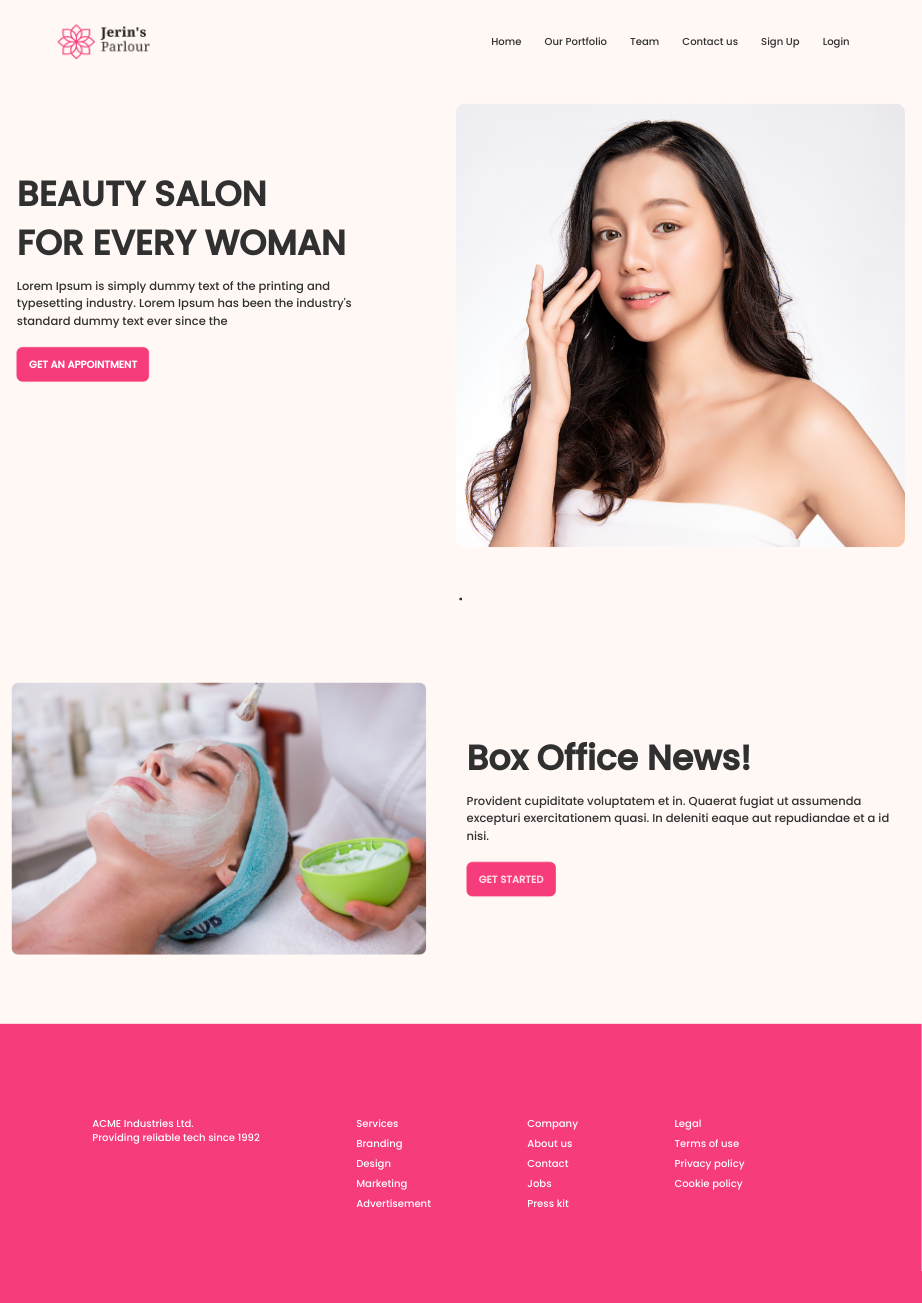
Repository: Wahid137/jerins-parlour-client
Page: /
These files come from the project's save history. The page is drawn as it stood at one moment and after the next save; the edit follows.
The browser window is 1280 px wide. The pictures show the whole page, at 72% of full size.
The page's requests for data from a server got no answer. The project was rebuilt for these pictures with package versions that can differ from the ones it lists, and the page was loaded fresh each time. No one was signed in, and anything a server would have sent is missing. Also part of the build but not shown: src/App.css, src/Pages/Home/Services/ServicesCard.js.

Above is the page before, as saved 2023-07-16 04:11:42.

### public/index.html
<!DOCTYPE html>
<html lang="en">
  <head>
    <meta charset="utf-8" />
    <link rel="icon" href="%PUBLIC_URL%/favicon.ico" />
    <meta name="viewport" content="width=device-width, initial-scale=1" />
    <meta name="theme-color" content="#000000" />
    <meta
      name="description"
      content="Web site created using create-react-app"
    />
    <link rel="preconnect" href="https://fonts.googleapis.com">
    <link rel="preconnect" href="https://fonts.gstatic.com" crossorigin>
    <link href="https://fonts.googleapis.com/css2?family=Poppins:wght@500&display=swap" rel="stylesheet">
    <link rel="apple-touch-icon" href="%PUBLIC_URL%/logo192.png" />
    <!--
      manifest.json provides metadata used when your web app is installed on a
      user's mobile device or desktop. See https://developers.google.com/web/fundamentals/web-app-manifest/
    -->
    <link rel="manifest" href="%PUBLIC_URL%/manifest.json" />
    <!--
      Notice the use of %PUBLIC_URL% in the tags above.
      It will be replaced with the URL of the `public` folder during the build.
      Only files inside the `public` folder can be referenced from the HTML.

      Unlike "/favicon.ico" or "favicon.ico", "%PUBLIC_URL%/favicon.ico" will
      work correctly both with client-side routing and a non-root public URL.
      Learn how to configure a non-root public URL by running `npm run build`.
    -->
    <title>React App</title>
  </head>
  <body>
    <noscript>You need to enable JavaScript to run this app.</noscript>
    <div id="root"></div>
    <!--
      This HTML file is a template.
      If you open it directly in the browser, you will see an empty page.

      You can add webfonts, meta tags, or analytics to this file.
      The build step will place the bundled scripts into the <body> tag.

      To begin the development, run `npm start` or `yarn start`.
      To create a production bundle, use `npm run build` or `yarn build`.
    -->
  </body>
</html>

### src/index.js
import React from 'react';
import ReactDOM from 'react-dom/client';
import './index.css';
import App from './App';
import reportWebVitals from './reportWebVitals';
import { QueryClient, QueryClientProvider } from '@tanstack/react-query'


// Create a client
const queryClient = new QueryClient()

const root = ReactDOM.createRoot(document.getElementById('root'));
root.render(
  <React.StrictMode>
    <QueryClientProvider client={queryClient}>
      <App />
    </QueryClientProvider>
  </React.StrictMode>
);

// If you want to start measuring performance in your app, pass a function
// to log results (for example: reportWebVitals(console.log))
// or send to an analytics endpoint. Learn more: https://bit.ly/CRA-vitals
reportWebVitals();

### src/index.css
@tailwind base;
@tailwind components;
@tailwind utilities;

body {
  background-color: #FFF8F5;
  margin: 0;
  font-family: -apple-system, BlinkMacSystemFont, 'Segoe UI', 'Roboto', 'Oxygen',
    'Ubuntu', 'Cantarell', 'Fira Sans', 'Droid Sans', 'Helvetica Neue',
    sans-serif;
    font-family: 'Poppins', sans-serif;
  -webkit-font-smoothing: antialiased;
  -moz-osx-font-smoothing: grayscale;
}

code {
  font-family: source-code-pro, Menlo, Monaco, Consolas, 'Courier New',
    monospace;
}

### src/App.js
import logo from './logo.svg';
import './App.css';
import { RouterProvider } from 'react-router-dom';
import router from './Routes/Routes/Routes';
import { Toaster } from 'react-hot-toast';

function App() {
  return (
    <div className=" mx-auto">
      <RouterProvider router={router}></RouterProvider>
      <Toaster></Toaster>
    </div>
  );
}

export default App;

### src/Routes/Routes/Routes.js
const { createBrowserRouter } = require("react-router-dom");
const { default: Main } = require("../../Layout/Main");
const { default: Home } = require("../../Pages/Home/Home/Home");

const router = createBrowserRouter([
    {
        path: '/',
        element: <Main></Main>,
        children: [
            {
                path: '/',
                element: <Home></Home>
            }
        ]
    }
])
export default router;

### src/Layout/Main.js
import React from 'react';
import Navbar from '../Shared/Navbar/Navbar';
import { Outlet } from 'react-router-dom';
import Footer from '../Shared/Footer/Footer';

const Main = () => {
    return (
        <div>
            <Navbar></Navbar>
            <Outlet></Outlet>
            <Footer></Footer>
        </div>
    );
};

export default Main;

### src/Pages/Home/Home/Home.js
import React from 'react';
import Banner from '../Banner/Banner';
import Services from '../Services/Services';
import Screen from '../Screen/Screen';

const Home = () => {
    return (
        <div>
            <Banner></Banner>
            <Services></Services>
            <Screen></Screen>
        </div>
    );
};

export default Home;

### src/Shared/Navbar/Navbar.js
import React from 'react';
import logo from '../../assets/logo.png';
import { Link } from 'react-router-dom';

const Navbar = () => {
    const menuItem = <>
        <li><Link to="/">Home</Link></li>
        <li><Link to="/portfolio">Our Portfolio</Link></li>
        <li><Link to="/team">Team</Link></li>
        <li><Link to="/dashboard">Contact us</Link></li>
        <li><Link to="/signup">Sign Up</Link></li>
        <li><Link to="/login">Login</Link></li>

    </>
    return (
        <div className="navbar flex justify-between px-20 pt-8">
            <div className="navbar-start">
                <div className="dropdown">
                    <label tabIndex={0} className="btn btn-ghost lg:hidden">
                        <svg xmlns="http://www.w3.org/2000/svg" className="h-5 w-5" fill="none" viewBox="0 0 24 24" stroke="currentColor"><path strokeLinecap="round" strokeLinejoin="round" strokeWidth="2" d="M4 6h16M4 12h8m-8 6h16" /></svg>
                    </label>
                    <ul tabIndex={1} className="menu menu-sm dropdown-content mt-3 z-[1] p-2 shadow bg-base-100 rounded-box w-52">
                        {menuItem}
                    </ul>
                </div>
                <Link to="/" className="w-32">
                    <img src={logo} alt="" />
                </Link>
            </div>
            <div className="navbar-center hidden lg:flex">
                <ul className="menu menu-horizontal px-1">
                    {menuItem}
                </ul>
            </div>
            <label htmlFor="dashboard-drawer" tabIndex={2} className="btn btn-ghost lg:hidden">
                <svg xmlns="http://www.w3.org/2000/svg" className="h-5 w-5" fill="none" viewBox="0 0 24 24" stroke="currentColor"><path strokeLinecap="round" strokeLinejoin="round" strokeWidth="2" d="M4 6h16M4 12h8m-8 6h16" /></svg>
            </label>

        </div>
    );
};

export default Navbar;

### src/Shared/Footer/Footer.js
import React from 'react';


const Footer = () => {
    return (
        <footer className="footer p-32 bg-primary text-white w-full max-w-full">
            <div>
                <p>ACME Industries Ltd.<br />Providing reliable tech since 1992</p>
            </div>
            <div>
                <span className=" text-white">Services</span>
                <a href="/" className="link link-hover">Branding</a>
                <a href="/" className="link link-hover">Design</a>
                <a href="/" className="link link-hover">Marketing</a>
                <a href="/" className="link link-hover">Advertisement</a>
            </div>
            <div>
                <span className="">Company</span>
                <a href="/" className="link link-hover">About us</a>
                <a href="/" className="link link-hover">Contact</a>
                <a href="/" className="link link-hover">Jobs</a>
                <a href="/" className="link link-hover">Press kit</a>
            </div>
            <div>
                <span className="">Legal</span>
                <a href="/" className="link link-hover">Terms of use</a>
                <a href="/" className="link link-hover">Privacy policy</a>
                <a href="/" className="link link-hover">Cookie policy</a>
            </div>
        </footer>
    );
};

export default Footer;

### src/Pages/Home/Banner/Banner.js
import React from 'react';
import woman from '../../../assets/images/woman.png';
import PrimaryButton from '../../../Components/PrimaryButton/PrimaryButton';

const Banner = () => {
    return (
        <div className="hero" >
            <div className="hero-content flex-col lg:flex-row-reverse min-h-screen">

                <img src={woman} className="rounded-lg lg:w-1/2" alt="" />

                <div className='lg:me-32 lg:-mt-32'>
                    <h1 className="text-5xl font-bold mt-0 mb-5">BEAUTY SALON</h1>
                    <h1 className="text-5xl font-bold">FOR EVERY WOMAN</h1>
                    <p className="py-6">Lorem Ipsum is simply dummy text of the printing and <br /> typesetting industry. Lorem Ipsum has been the industry's <br /> standard dummy text ever since the</p>
                    <PrimaryButton>Get an Appointment</PrimaryButton>
                </div>
            </div>
        </div>
    );
};

export default Banner;

### src/Pages/Home/Services/Services.js
import { useQuery } from '@tanstack/react-query';
import React from 'react';
import Loading from '../../../Shared/Loading/Loading';


import ServicesCard from './ServicesCard';
import PrimaryButton from '../../../Components/PrimaryButton/PrimaryButton';



const Services = () => {
    const { data: services = [], isLoading } = useQuery({
        queryKey: ['services'],
        queryFn: () => fetch('http://localhost:5000/services')
            .then(res => res.json())
    })


    if (isLoading) {
        return <Loading></Loading>;
    }

    return (
        <div className='p-0 my-5'>
            <div className='mx-auto mb-4 py-10 text-center w-1/2'>
                <p className='text-2xl font-bold'>Our Awesome <span className='text-primary'>Services</span></p>
            </div>
            <div className='grid gap-1 grid-cols-1 md:grid-cols-2 lg:grid-cols-3'>
                {
                    services.map(service => <ServicesCard
                        key={service._id}
                        service={service}
                    ></ServicesCard>)
                }
            </div>
            <div className='text-center mt-10'>
                <PrimaryButton >Explore More</PrimaryButton>
            </div>

        </div >
    );
};

export default Services;

### src/Pages/Home/Screen/Screen.js
import React from 'react';
import face from '../../../assets/images/face.png'

const Screen = () => {
    return (
        <div className="hero py-20 bg-secondary">
            <div className="hero-content flex-col lg:flex-row">
                <img src={face} className="max-w-xl rounded-lg" alt="" />
                <div className='lg:w-1/2 ms-10'>
                    <h1 className="text-5xl font-bold">Box Office News!</h1>
                    <p className="py-6">Provident cupiditate voluptatem et in. Quaerat fugiat ut assumenda excepturi exercitationem quasi. In deleniti eaque aut repudiandae et a id nisi.</p>
                    <button className="btn btn-primary">Get Started</button>
                </div>
            </div>
        </div>
    );
};

export default Screen;

### src/Components/PrimaryButton/PrimaryButton.js
import React from 'react';

const PrimaryButton = ({ children }) => {
    return (
        <button className="btn btn-primary text-white">{children}</button>
    );
};

export default PrimaryButton;

### src/Shared/Loading/Loading.js
import React from 'react';

const Loading = () => {
    return (
        <div className="flex items-center justify-center">
            <span className="loading loading-ring loading-lg"></span>
        </div>
    );
};

export default Loading;

### tailwind.config.js
/** @type {import('tailwindcss').Config} */
module.exports = {
  content: [
    "./src/**/*.{js,jsx,ts,tsx}",
  ],
  daisyui: {
    themes: [
      {
        parlourTheme: {
          primary: '#F63E7B',
          secondary: '#FFF8F5',
          accent: '##F4F7FC',
          neutral: '#3D4451',
          "base-100": '#FFFFFF',
        }
      }
    ]
  },
  theme: {
    extend: {},
  },
  plugins: [require("daisyui")],
}

Loaded but not shown: src/reportWebVitals.js (common file)

After the next save:
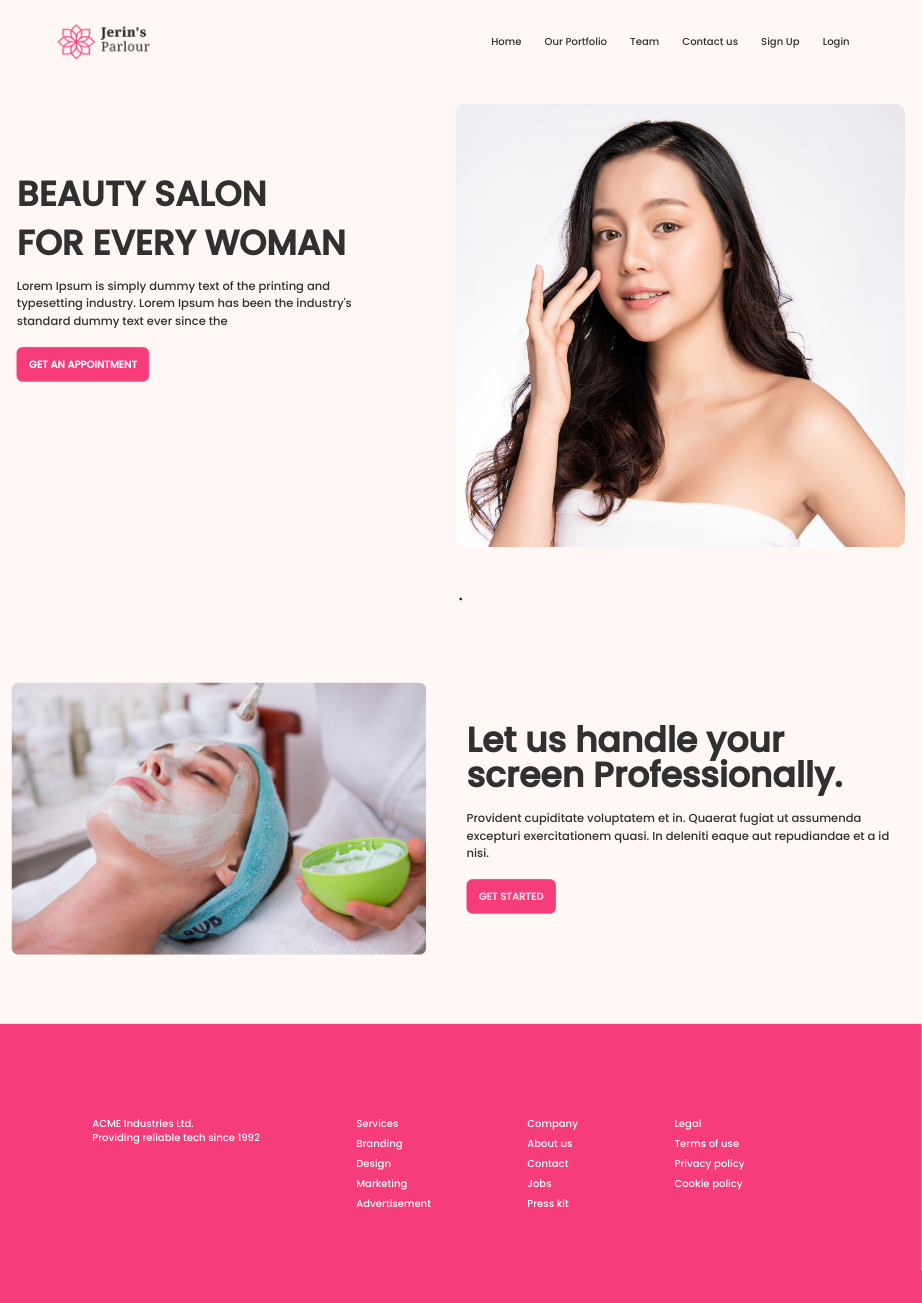
Saved 34 s later.
--- a/src/Pages/Home/Screen/Screen.js
+++ b/src/Pages/Home/Screen/Screen.js
@@ -7,7 +7,7 @@ const Screen = () => {
             <div className="hero-content flex-col lg:flex-row">
                 <img src={face} className="max-w-xl rounded-lg" alt="" />
                 <div className='lg:w-1/2 ms-10'>
-                    <h1 className="text-5xl font-bold">Box Office News!</h1>
+                    <h1 className="text-5xl font-bold">Let us handle your screen Professionally.</h1>
                     <p className="py-6">Provident cupiditate voluptatem et in. Quaerat fugiat ut assumenda excepturi exercitationem quasi. In deleniti eaque aut repudiandae et a id nisi.</p>
                     <button className="btn btn-primary">Get Started</button>
                 </div>
